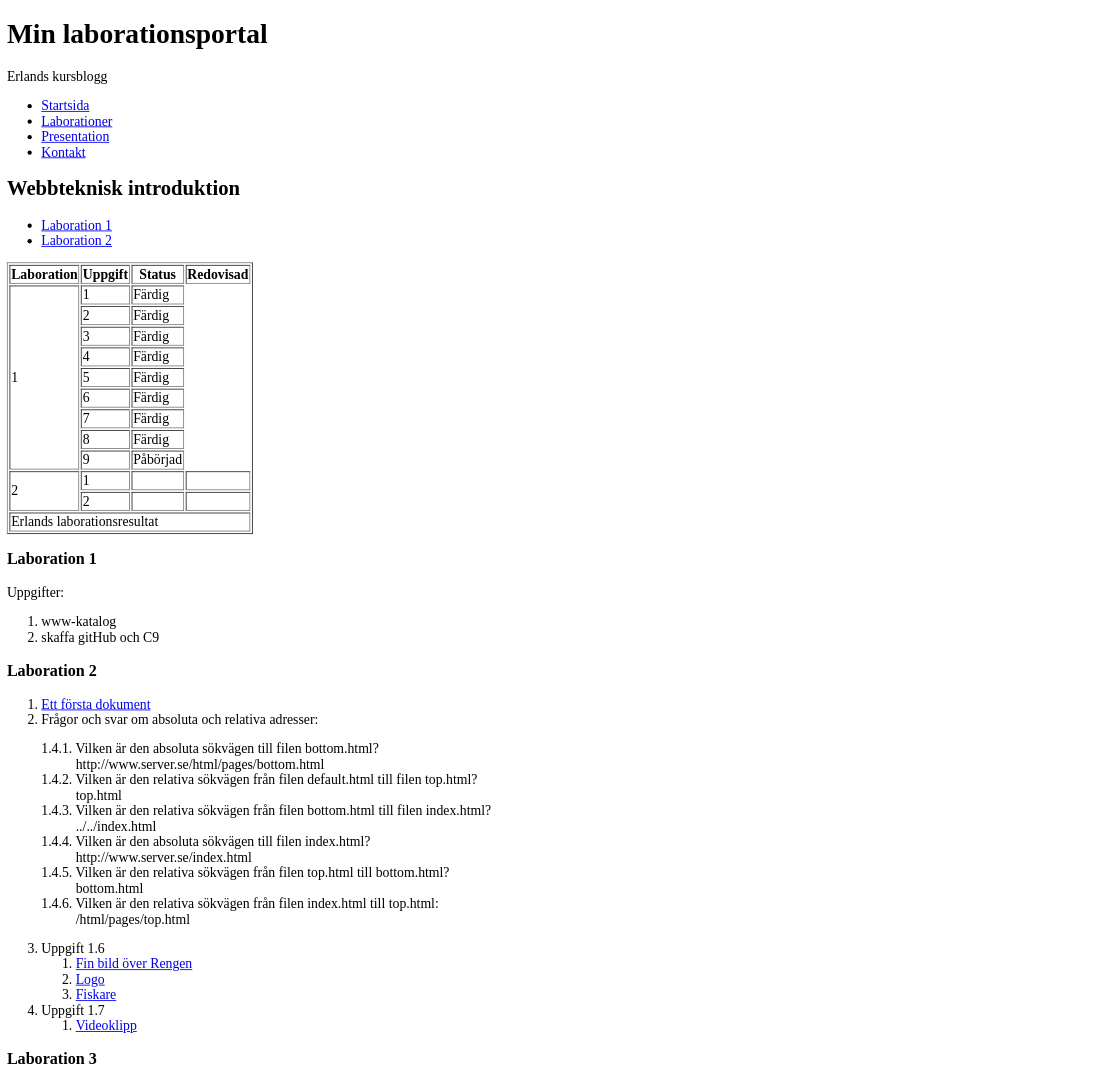
Repository: ej222ru/1IK415-laborationer
Page: pages/laborationer.html
The author's editor kept a record of every edit. The page is drawn from the files as they stood at one moment, then again after the next edit.
The browser window is 1280 px wide. The pictures show the whole page, at 86% of full size.

Above is the page before.

After the next edit:
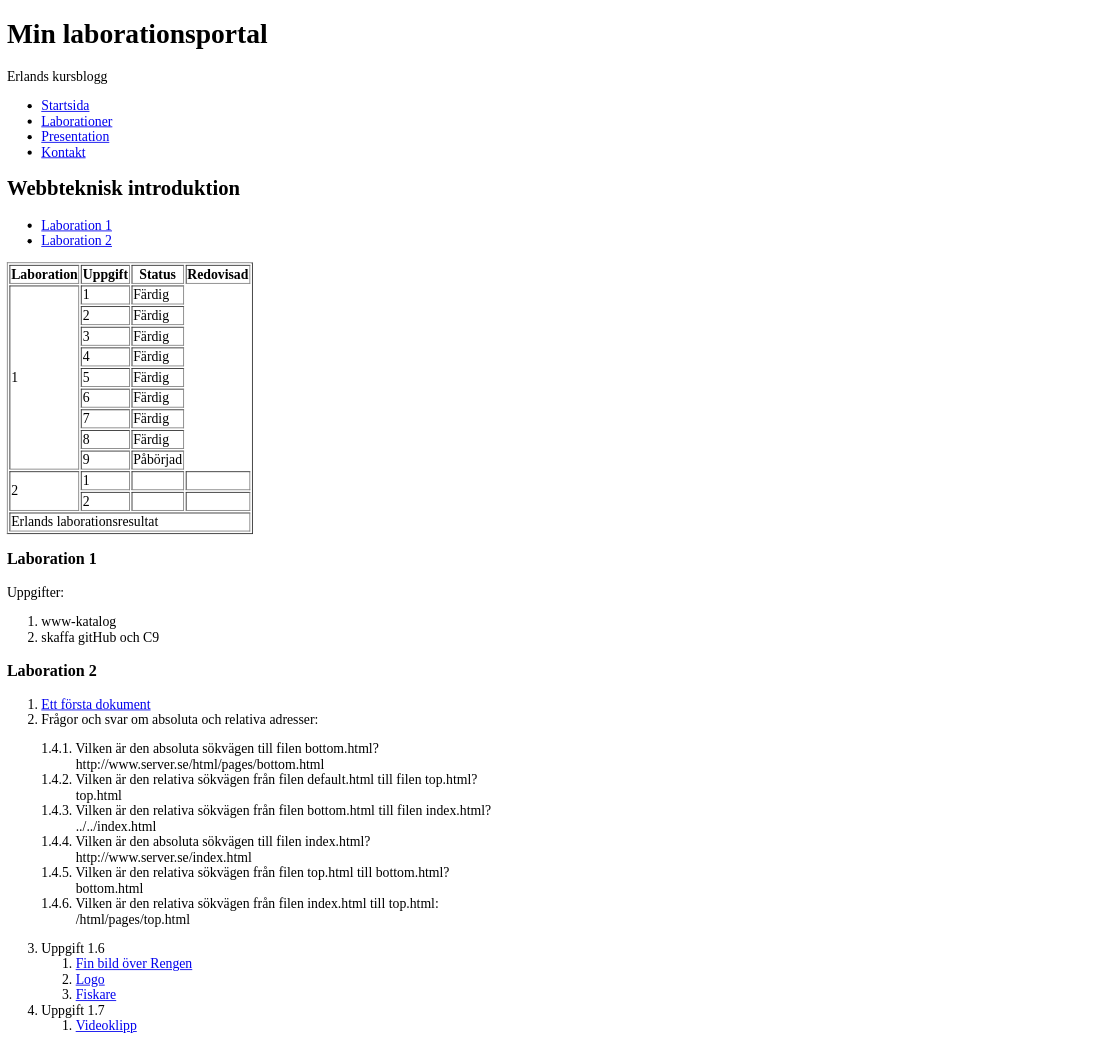
The edit:
--- a/pages/laborationer.html
+++ b/pages/laborationer.html
@@ -124,7 +124,5 @@
             </li>
         </ol>
 
-        <h3>Laboration 3 <a id="Laboration3"></a></h3>
-
       </body>
 </html>
